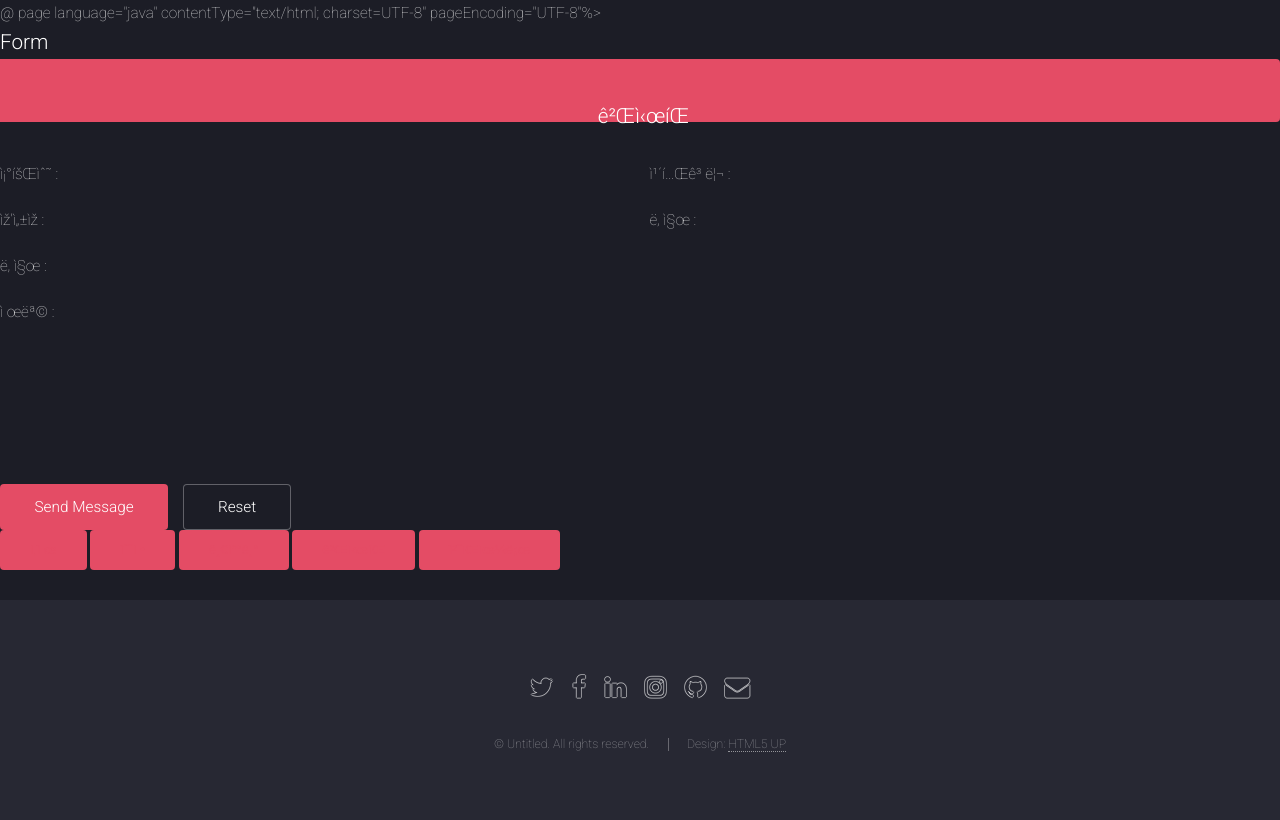
Repository: worMholEamkim/SpringEX
Page: http://localhost/bbs/bbsview.do
These files come from the project's save history. The page is drawn as it stood at one moment and after the next save; the edit follows.
The browser window is 1280 px wide. The pictures show the whole page.
The page is served by Tomcat 9. Queries for data that is not in the repository find no rows.

Above is the page before, as saved 2019-03-18 00:47:40.

After the next save:
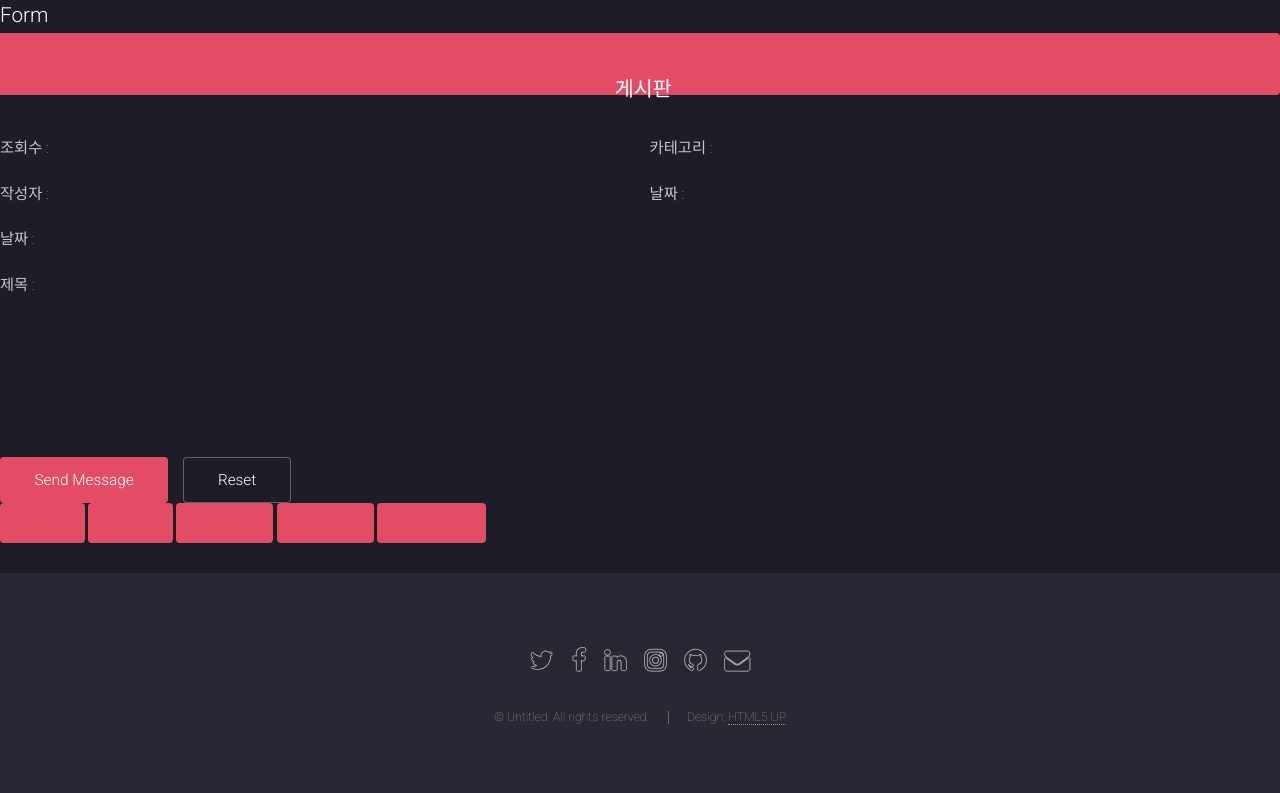
Saved 2 min 8 s later.
--- a/JSP_WepPage_Server-master.zip_expanded/JSP_WepPage_Server-master/bbs/WebContent/WEB-INF/bbsview.jsp
+++ b/JSP_WepPage_Server-master.zip_expanded/JSP_WepPage_Server-master/bbs/WebContent/WEB-INF/bbsview.jsp
@@ -140,7 +140,7 @@
 	</div>
 </body>
 </html> --%>
-@ page language="java" contentType="text/html; charset=UTF-8"
+<%@ page language="java" contentType="text/html; charset=UTF-8"
 	pageEncoding="UTF-8"%>
 <%@ taglib prefix="c" uri="http://java.sun.com/jsp/jstl/core"%>
 
